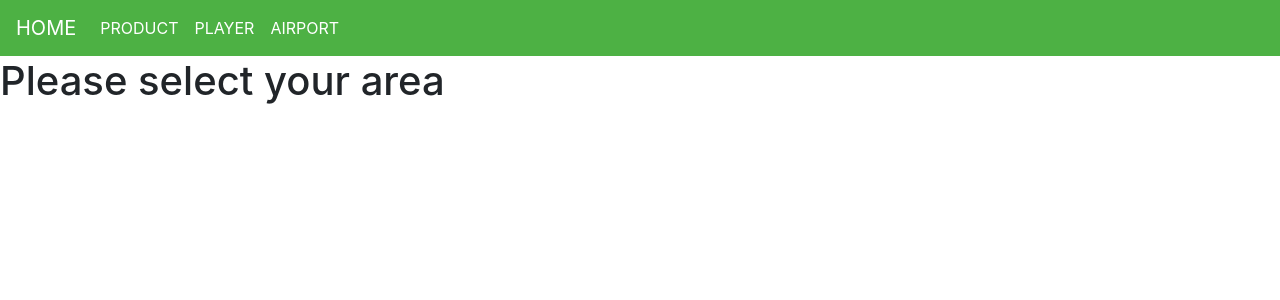
Repository: 05Mohammedismail/xworkz--Advance-Java
Page: http://localhost/Sep13_JSP/
An editor plug-in stored every save of this project. The page is shown before and after the next save, followed by the edit.
The browser window is 1280 px wide. The pictures show the whole page.
The page is served by Tomcat 9. Other server files are loaded and not shown.

Above is the page before, as saved 2023-09-13 14:23:19.

### Sep13_JSP/src/main/webapp/index.jsp
<%@ page language="java" contentType="text/html; charset=ISO-8859-1"
    pageEncoding="ISO-8859-1"%>
<!doctype html>
<html lang="en">
  <head>
    <meta charset="utf-8">
    <meta name="viewport" content="width=device-width, initial-scale=1">
    <title>MY-JSP</title>
<link rel="stylesheet" href="https://cdn.jsdelivr.net/npm/bootstrap@4.1.3/dist/css/bootstrap.min.css" integrity="sha384-MCw98/SFnGE8fJT3GXwEOngsV7Zt27NXFoaoApmYm81iuXoPkFOJwJ8ERdknLPMO" crossorigin="anonymous">

<style type="text/css">

.navbar{
background: rgb(77, 177, 68);
margin-bottom: 1px;
color: white;
}

.nav-link:hover{
text-decoration: underline;
color: black;
}

</style>
</head>

  <body>
   <nav class="navbar navbar-expand-lg navbar-light">
  <a class="navbar-brand">HOME</a>
  <button class="navbar-toggler" type="button" data-toggle="collapse" data-target="#navbarNav" aria-controls="navbarNav" aria-expanded="false" aria-label="Toggle navigation">
    <span class="navbar-toggler-icon"></span>
  </button>
  <div class="collapse navbar-collapse" id="navbarNav">
    <ul class="navbar-nav">
      <li class="nav-item">
        <a class="nav-link text-white" href="product.jsp">PRODUCT</a>
      </li>
      <li class="nav-item">
        <a class="nav-link text-white" href="player.jsp">PLAYER</a>
      </li>
      <li class="nav-item">
        <a class="nav-link text-white" href="airport.jsp">AIRPORT</a>
      </li>
    </ul>
  </div>
</nav>

<h1>Please select your area</h1>
    <script src="https://cdn.jsdelivr.net/npm/bootstrap@5.3.1/dist/js/bootstrap.bundle.min.js" integrity="sha384-HwwvtgBNo3bZJJLYd8oVXjrBZt8cqVSpeBNS5n7C8IVInixGAoxmnlMuBnhbgrkm" crossorigin="anonymous"></script>
  </body>
</html>

After the next save:
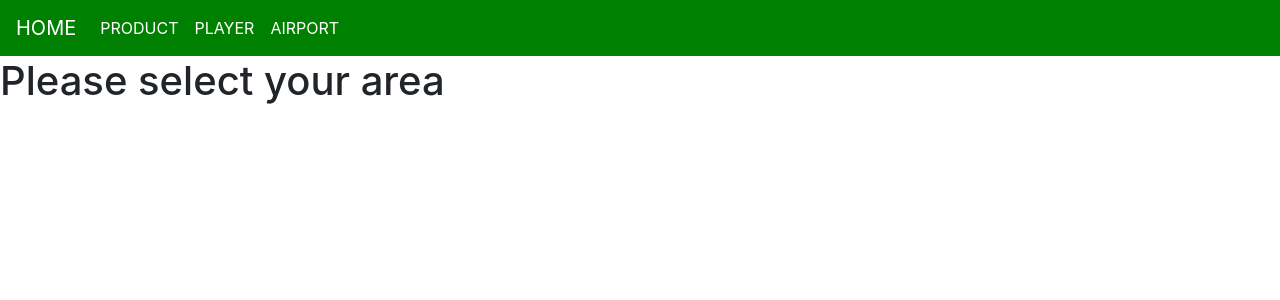
Saved 44 s later.
--- a/Sep13_JSP/src/main/webapp/index.jsp
+++ b/Sep13_JSP/src/main/webapp/index.jsp
@@ -11,7 +11,7 @@
 <style type="text/css">
 
 .navbar{
-background: rgb(77, 177, 68);
+background: green;
 margin-bottom: 1px;
 color: white;
 }
